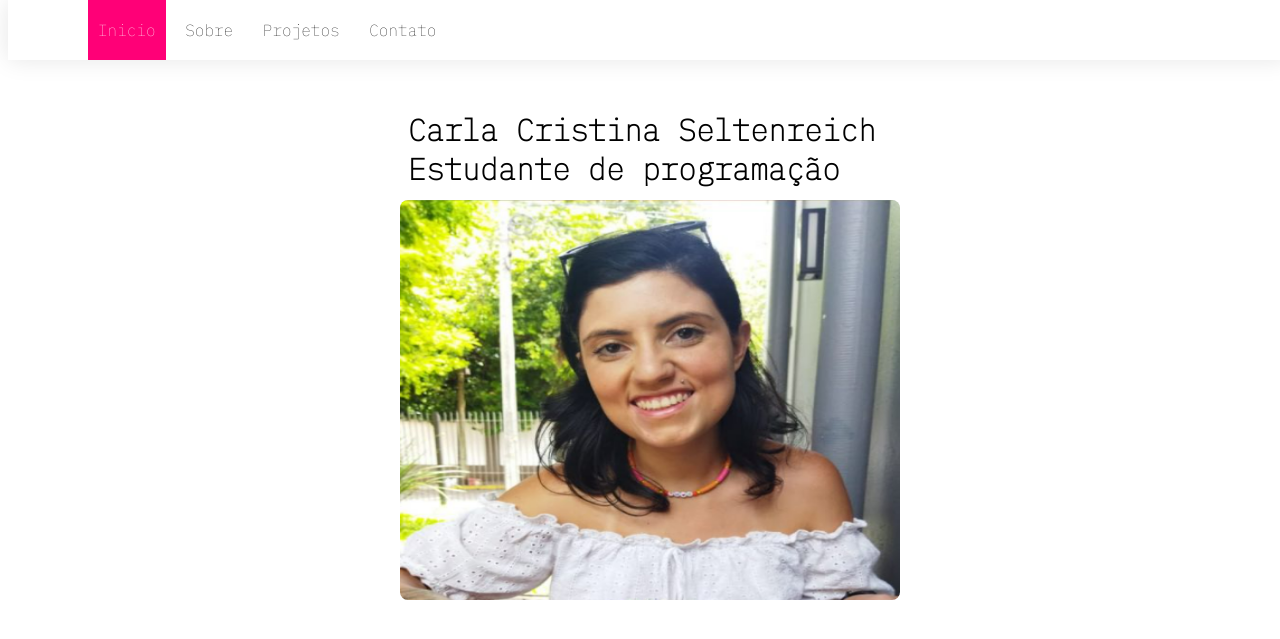
Repository: carla-seltenreich/portfolio
Page: index.html
These files come from the project's save history. The page is drawn as it stood at one moment and after the next save; the edit follows.
The browser window is 1280 px wide. The pictures show the whole page.

Above is the page before, as saved 2022-05-24 09:39:21.

### index.html
<!DOCTYPE html>
<html lang="en">
<head>
    <meta charset="UTF-8">
    <meta http-equiv="X-UA-Compatible" content="IE=edge">
    <meta name="viewport" content="width=device-width, initial-scale=1.0">
    <title>Carla Cristina Seltenreich</title>
    <link rel="preconnect" href="https://fonts.googleapis.com">
    <link rel="preconnect" href="https://fonts.gstatic.com" crossorigin>
    <link rel="stylesheet" href="style.css">

    <link href="preconnect" href="https://fonts.googleapis.com">
    <link rel="preconnect" href="https://fonts.gstatic.com" crossorigin>
    <link href="https://fonts.googleapis.com/css2?family=IBM+Plex+Mono:wght@100&family=Questrial&display=swap" rel="stylesheet">
</head>
<body>
    <header class="header">
        <div class="container container-header">
            <ul class="nav">
                <li>
                    <a href="index.html" class="active">Inicio</a>
                </li>
                <li>
                    <a href="about.html">Sobre</a>
                </li>
                <li>
                    <a href="project.html">Projetos</a>
                </li>
                <li>
                    <a href="contact.html">Contato</a>
                </li>
            </ul>
        </div>
<div class="name">
    <h1 class="name-title">
        Carla Cristina Seltenreich<br>
         Estudante de programação
    </h1> </div>
    </header>
    <section class="banner">
        <img class="photo-banner" src="carla.png">

    </section>

</body>
</html>

### style.css
body {
    font-family: 'IBM Plex Mono';
    font-style: normal;
}

.header {
    height: 60px;
    background: #fff;
    position: fixed;
    width: 100%;
    top: 0;
    z-index: 1;
    box-shadow: 0 0 25px rgba(0, 0, 0, 0.1);
}

.container {
    max-width: 1120px;
    margin: 0 auto;
}

/**
 * 1. Header
 */

.header {
    height: 60px;
    background: #fff;
    position: fixed;
    width: 100%;
    top: 0;
    z-index: 1;
    box-shadow: 0 0 25px rgba(0, 0, 0, 0.1);
}

.header-container {
    display: flex;
    justify-content: space-between;
}

.nav {
    margin: 0;
    padding: 0;
    list-style: none;
}
.nav li {
    display: inline-block;
}
.nav a {
    color: #000;
    display: block;
    height: 20px;
    padding: 20px 10px;
    text-decoration: none;
}
.nav a:hover {
    color: #ff0077;
}
.nav a.active {
    color: #fff;
    background: #ff0077;
}

.name-title {
    position: absolute;
    width: 600px;
    height: 57px;
    left: 400px;
    top: 100px;
    font-size: 30px;
    display: flex;
    align-items: center;


}

.banner {

}

.photo-banner {
    position: absolute;
    width: 500px;
    height: 400px;
    left: 400px;
    top: 200px;
    border-radius: 8px;
}

After the next save:
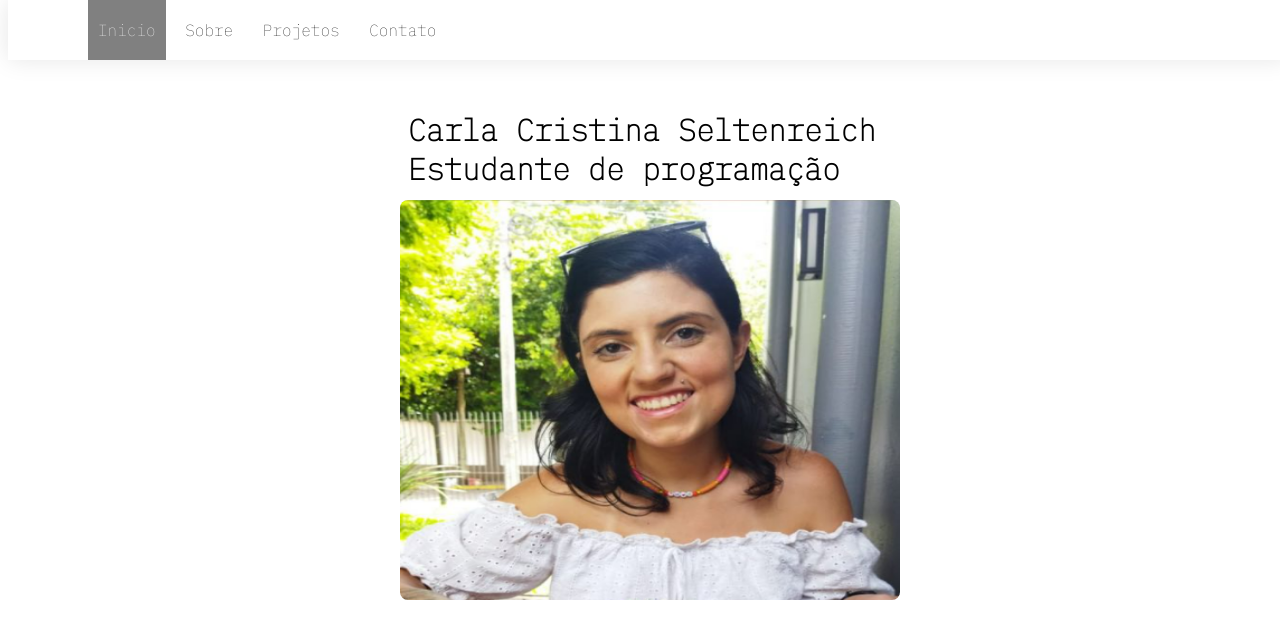
Saved 47 s later.
--- a/style.css
+++ b/style.css
@@ -53,11 +53,11 @@ body {
     text-decoration: none;
 }
 .nav a:hover {
-    color: #ff0077;
+    color: gray;
 }
 .nav a.active {
     color: #fff;
-    background: #ff0077;
+    background: gray;
 }
 
 .name-title {
